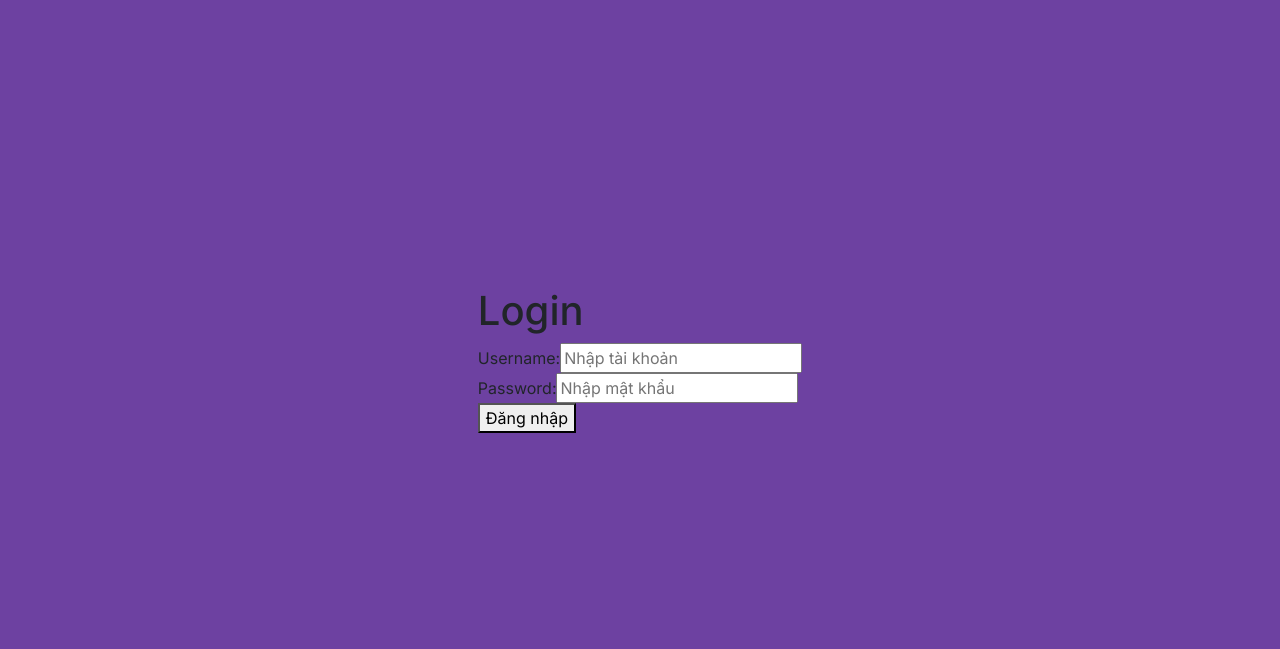
Repository: nghiakma/RFID-RFID-Attendance-System-using-ESP32-Nodejs-Reactjs-Nextjs-
Page: / (app in attendance/)
These files come from the project's save history. The page is drawn as it stood at one moment and after the next save; the edit follows.
The browser window is 1280 px wide. The pictures show the whole page.
The page's requests for data from a server got no answer. The project was rebuilt for these pictures with package versions that can differ from the ones it lists, and the page was loaded fresh each time. The framework's server and built-in components were replaced by stand-ins that run in the browser. No one was signed in, and anything a server would have sent is missing. Also part of the build but not shown: attendance/next.config.js, attendance/src/styles/home-page.module.css, attendance/src/styles/tab-home.module.css, attendance/src/pages/api/convert-time.js, attendance/src/pages/api/networking.js, attendance/src/pages/tab-home.js, attendance/src/styles/tab-history.module.css, attendance/src/pages/tab-history.js and 6 more.

Above is the page before, as saved 2023-12-21 14:48:48.

### attendance/src/pages/index.js
import {useEffect, useState} from 'react';
import { Inter } from 'next/font/google';
import 'bootstrap/dist/css/bootstrap.min.css';
import HomePage from './home-page.js';
import Login from './login-page.js'
import { BrowserRouter as Router,Routes, Route } from 'react-router-dom'
const inter = Inter({ subsets: ['latin'] })

export default function Home() {
  const [loginSuccess, setLoginSucsess] = useState(false);
  const handleLogin = (isSuccess) => {
    setLoginSucsess(isSuccess);
  }
  useEffect(() => {
    import('bootstrap/dist/js/bootstrap.min.js');
  }, []);
  return (
    <main className={inter.className}>
      {/* <Router>
        <Routes>
          <Route path='/home' element={<HomePage />}/>
          <Route path='/login' element={<Login />}/>
        </Routes>
      </Router> */}
      {
        loginSuccess ? <HomePage/> : <Login/>
      }
    </main>
  )
}

### attendance/src/pages/login-page.js
import React from "react";
import styles from '../styles/login-page.module.css'
import { FontAwesomeIcon } from '@fortawesome/react-fontawesome'
const Login = () => {

    return (
        <div
            style={{
                backgroundColor: '#6d41a1', height: '100vh'
            }}
        >
            <div style={{
                width: '100%', height: '100%',
                display: 'flex', alignItems: 'center', justifyContent: 'center'
            }}>
                <div className="login-content">
                    <h1 className="login-title">Login</h1>
                    <div className="login-handle">
                        <div className="login-form">
                            <label>Username: </label>
                            <input type="email" className="form-input" placeholder="Nhập tài khoản"/>
                        </div>
                        <div className="login-form">
                            <label>Password: </label>
                            <input type="password" className="form-input" placeholder="Nhập mật khẩu"/>
                        </div>
                        <div className="login-button">
                            <button className="login-btn">Đăng nhập</button>
                        </div>
                    </div>
                </div>
            </div>
        </div>
    )
}

export default Login

After the next save:
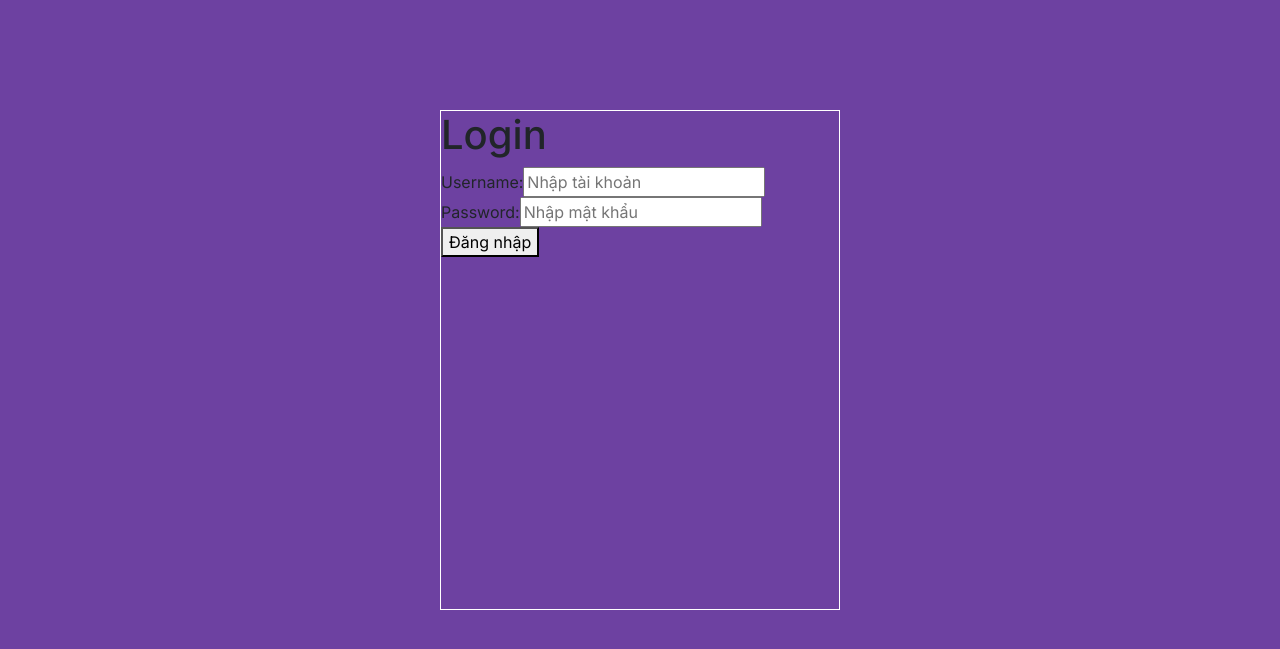
Saved 76 s later.
--- a/attendance/src/pages/login-page.js
+++ b/attendance/src/pages/login-page.js
@@ -13,7 +13,10 @@ const Login = () => {
                 width: '100%', height: '100%',
                 display: 'flex', alignItems: 'center', justifyContent: 'center'
             }}>
-                <div className="login-content">
+                <div style={{
+                    width: '400px', height: '500px', border: '1px solid white',
+                    padđing: '8px 14px'
+                }}>
                     <h1 className="login-title">Login</h1>
                     <div className="login-handle">
                         <div className="login-form">
